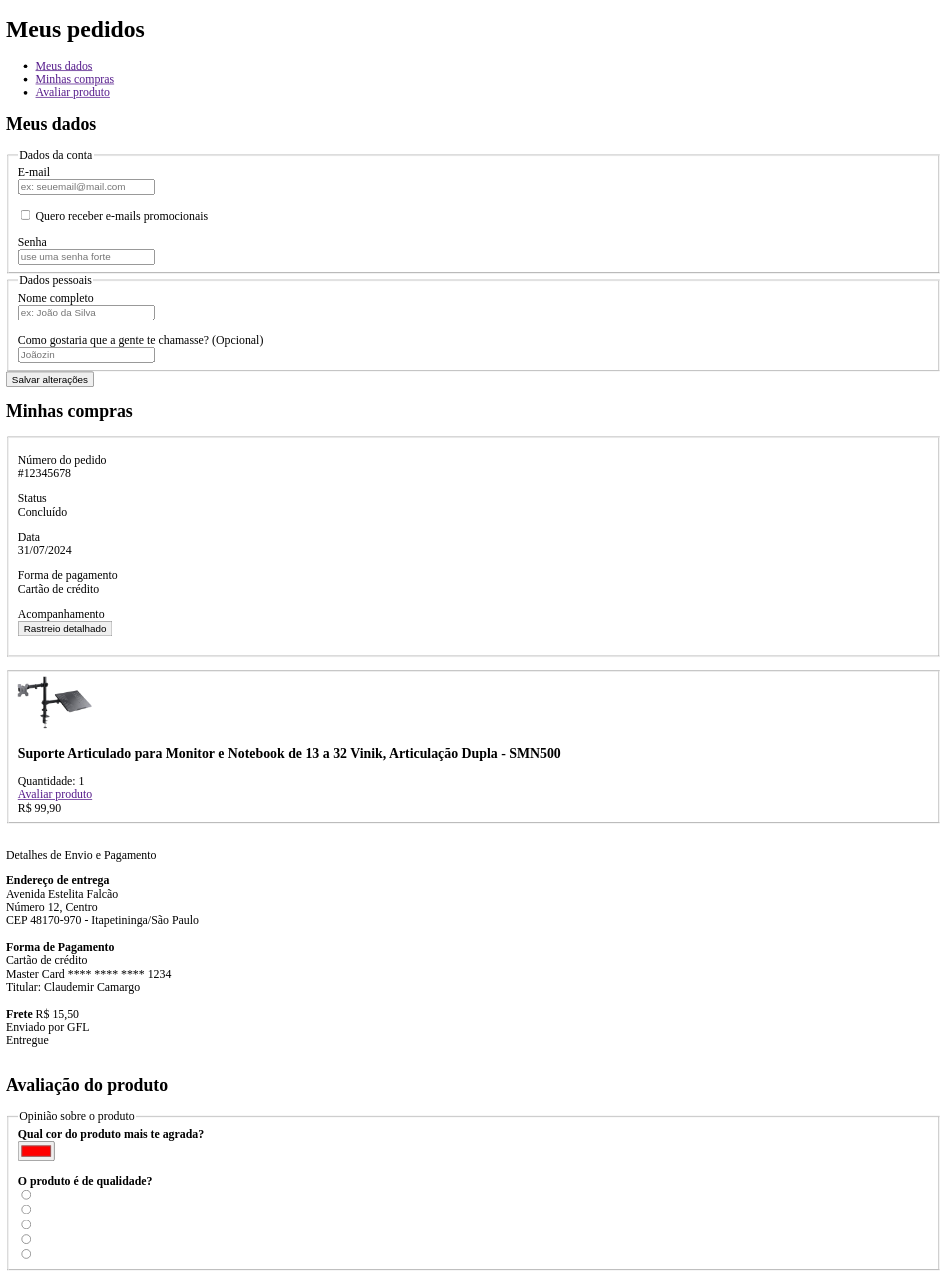
Repository: claudemir-camargo/site-compras
Page: index.html
The author's editor kept a copy of each file at every save. The page is drawn from the files as they stood at one save, then again after the next save.
The browser window is 1280 px wide. The pictures show the whole page, at 74% of full size.

Above is the page before, as saved 2024-03-03 22:51:10.

### index.html
<!DOCTYPE html>
<html lang="en">

<head>
    <meta charset="UTF-8">
    <meta name="viewport" content="width=device-width, initial-scale=1.0">
    <link rel="stylesheet" type="text/css" href="css/style.css" />
    <title>Site de Compras</title>
</head>

<body>
    <h1>Meus pedidos</h1>
    <ul>
        <li><a href="">Meus dados</a></li>
        <li><a href="">Minhas compras</a></li>
        <li><a href="">Avaliar produto</a></li>
    </ul>
    <h2>Meus dados</h2>
    <!-- Conta -->
    <fieldset>
        <legend>Dados da conta</legend>
        <form>
            <label>E-mail</label><br>
            <input type="email" id="email" name="email" placeholder="ex: seuemail@mail.com"><br><br>
            <input type="checkbox">
            <label>Quero receber e-mails promocionais</label><br><br>
            <label>Senha</label><br>
            <input type="password" placeholder="use uma senha forte">
        </form>
    </fieldset>
    <!-- Pessoais -->
    <fieldset>
        <legend>Dados pessoais</legend>
        <form>
            <label>Nome completo</label><br>
            <input type="text" placeholder="ex: João da Silva"><br><br>
            <label>Como gostaria que a gente te chamasse? (Opcional) </label><br>
            <input type="text" placeholder="Joãozin">
        </form>
    </fieldset>
    <button type="button">Salvar alterações</button>
    <!-- Minhas compras -->
    <h2>Minhas compras</h2>
    <fieldset>
        <p>Número do pedido<br>#12345678</p>
        <p>Status<br>Concluído</p>
        <p>Data<br>31/07/2024</p>
        <p>Forma de pagamento<br>Cartão de crédito</p>
        <p>Acompanhamento<br><button>Rastreio detalhado</button></p>
    </fieldset>
    <!-- Produto -->
    <br>
    <fieldset>
        <img src="img/suporte.jpg" alt="Suporte">
        <h3>
            <p>Suporte Articulado para Monitor e Notebook de 13 a 32 Vinik,
                Articulação Dupla - SMN500</p>
        </h3>
        Quantidade: 1<br>
        <a href="">Avaliar produto</a><br>
        R$ 99,90
    </fieldset>
    <br>
    <p>Detalhes de Envio e Pagamento</p>
    <strong>Endereço de entrega</strong><br>
    Avenida Estelita Falcão<br>
    Número 12, Centro<br>
    CEP 48170-970 - Itapetininga/São Paulo
    <br><br>
    <strong>Forma de Pagamento</strong><br>
    Cartão de crédito<br>
    Master Card **** **** **** 1234<br>
    Titular: Claudemir Camargo
    <br><br>
    <strong>Frete</strong>
    R$ 15,50<br>
    Enviado por GFL<br>
    Entregue
    <br><br>
    <h2>Avaliação do produto</h2>
    <fieldset>
        <legend>Opinião sobre o produto</legend>
        <form>
            <label><strong>Qual cor do produto mais te agrada?</strong></label><br>
            <input type="color" value="#ff0000"><br><br>
            <label><strong>O produto é de qualidade?</strong></label><br>
            <input type="radio" name="Concordo plenamente"><br>
            <input type="radio"><br>
            <input type="radio"><br>
            <input type="radio"><br>
            <input type="radio"><br>

            </select>
        </form>


    </fieldset>



</body>

</html>

### css/style.css
img {
    height: 70px;
    width: 100px;
}

After the next save:
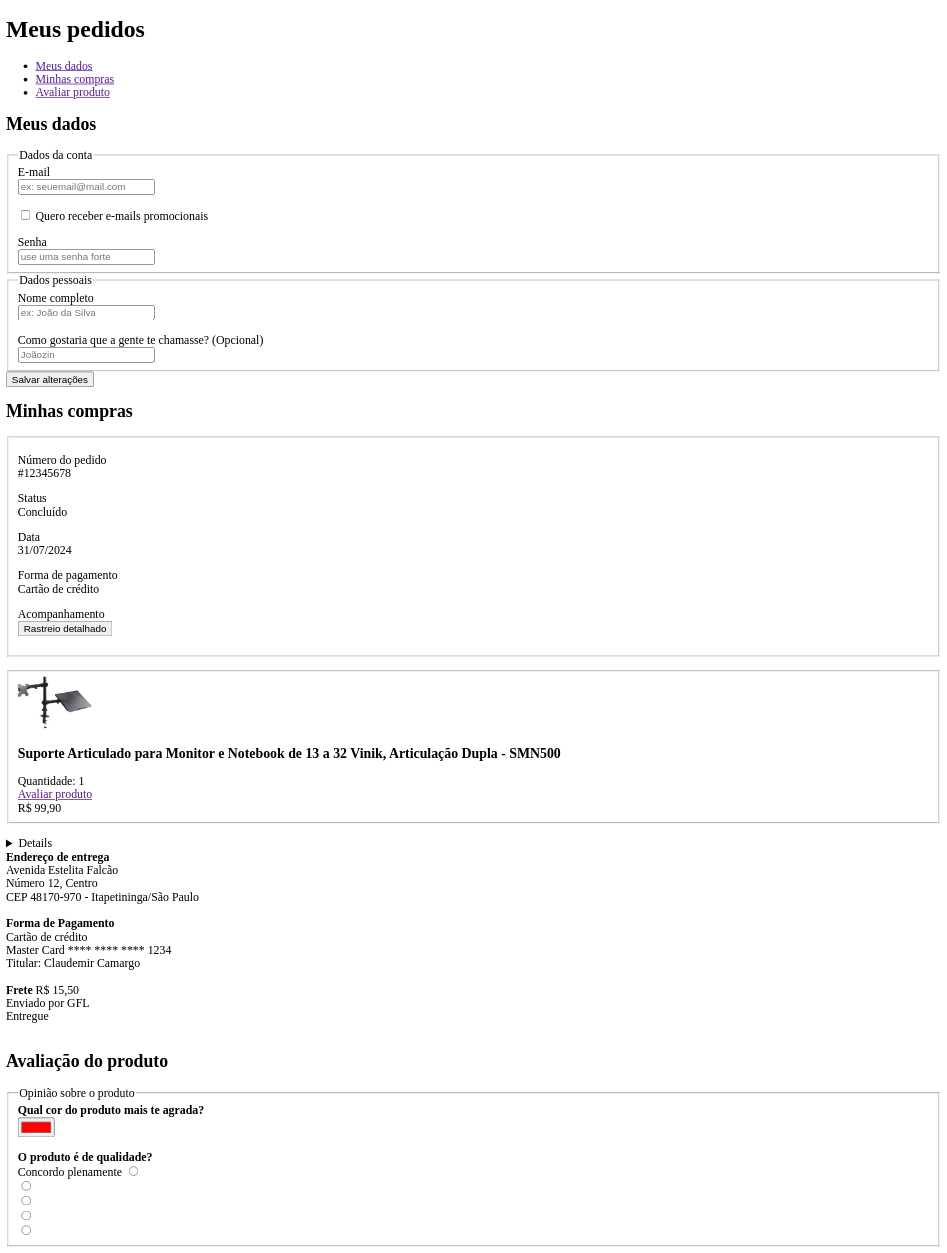
Saved 3 min 42 s later.
--- a/index.html
+++ b/index.html
@@ -61,7 +61,7 @@
         R$ 99,90
     </fieldset>
     <br>
-    <p>Detalhes de Envio e Pagamento</p>
+    <details><p>Detalhes de Envio e Pagamento</p></details>
     <strong>Endereço de entrega</strong><br>
     Avenida Estelita Falcão<br>
     Número 12, Centro<br>
@@ -84,7 +84,8 @@
             <label><strong>Qual cor do produto mais te agrada?</strong></label><br>
             <input type="color" value="#ff0000"><br><br>
             <label><strong>O produto é de qualidade?</strong></label><br>
-            <input type="radio" name="Concordo plenamente"><br>
+            <label>Concordo plenamente</label>
+            <input type="radio" name=><br>
             <input type="radio"><br>
             <input type="radio"><br>
             <input type="radio"><br>
